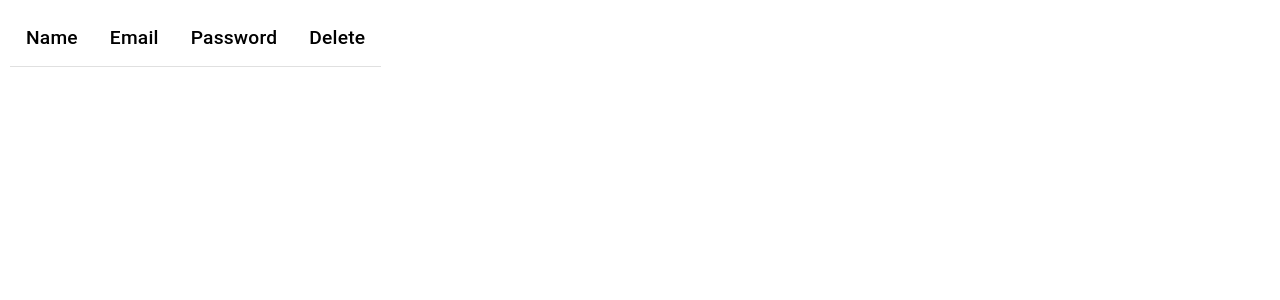
Repository: lalji-yadav/Register-Login-and-CRUD-using-token-and-Without-token-based
Page: /table
These files come from the project's save history. The page is drawn as it stood at one moment and after the next save; the edit follows.
The browser window is 1280 px wide. The pictures show the whole page.
The page's requests for data from a server got no answer. The project was rebuilt for these pictures with package versions that can differ from the ones it lists, and the page was loaded fresh each time. No one was signed in, and anything a server would have sent is missing. Also part of the build but not shown: src/App.css, src/auth/login.js, src/auth/register.js, src/components/reg.js.

Above is the page before, as saved 2021-02-02 20:56:35.

### src/App.js
import './App.css';
import Login from "./auth/login";
import Register from "./auth/register";
import Reg from "./components/reg";
import Table from "./components/table";
import {
  BrowserRouter as Router,
  Switch,
  Route
} from "react-router-dom";

function App() {
  return (
    <div>
      <Router>
        <Switch>
           <Route exact path="/" component={Register} />
           <Route exact path="/loginss" component={Login} />
           <Route exact path="/reg" component={Reg} />
           <Route exact path="/table" component={Table} />
        </Switch>
      </Router>
       {/* <Register /> */}
       {/* <Login /> */}
       {/* <Reg /> */}
    </div>
  );
}

export default App;

### src/components/table.js
import React,{useState, useEffect} from 'react';
import { Table,TableHead,TableRow,TableCell,TableBody,Button } from "@material-ui/core";
import axios from "axios";


const Tables = () => {
    const [data, setData] = useState([]);

    useEffect(() => {
        axios.get('http://localhost:3000/user').then((res) => {
             console.log(res)
            setData(res.data);
           // console.log(res.data);
        }).catch((error) => {
            console.log(error);
        });
    }, []);

    return (
        <div style={{padding:'10px'}}>
             <Table aria-label="simple table">
                    <div className="scroll-tab">

                    <TableHead>
                        <TableRow>
                            <TableCell style={{ fontSize: "1.5vw", color: "black" }}
                             align="center">Name</TableCell>
                            <TableCell style={{ fontSize: "1.5vw", color: "black" }}
                            align="center">Email</TableCell>
                            <TableCell style={{ fontSize: "1.5vw", color: "black" }}
                            align="center">Password</TableCell>
                            <TableCell style={{ fontSize: "1.5vw", color: "black" }}
                            align="center">Delete</TableCell>
                        </TableRow>
                    </TableHead>

                    <TableBody>
                        {data.map((item, row) => (
                            <TableRow key={row.id}>
                                <TableCell style={{ fontSize: "1.3vw" }} align='center'>
                                    {item.name}
                                </TableCell>

                                <TableCell style={{ fontSize: "1.3vw" }} align="center">{item.email}
                                </TableCell>

                                <TableCell style={{ fontSize: "1.3vw" }} align="center">{item.mobile}
                                </TableCell>

                                {/* <TableCell style={{ fontSize: "1.3vw" }} align="center">
                                    {item.completed ? "True" : "False"}
                                </TableCell> */}

                                <TableCell style={{ fontSize: "1.3vw" }} align="center">
                                    <Button style={{ fontSize: "1vw" }}
                                    variant="contained"
                                     color="secondary">Delete</Button>
                                </TableCell>
                            </TableRow>
                        ))}
                    </TableBody>

                    </div>
                </Table>
        </div>
    );
};

export default Tables;

Loaded but not shown: public/index.html (common file); src/index.js (common file); src/index.css (common file); src/reportWebVitals.js (common file)

After the next save:
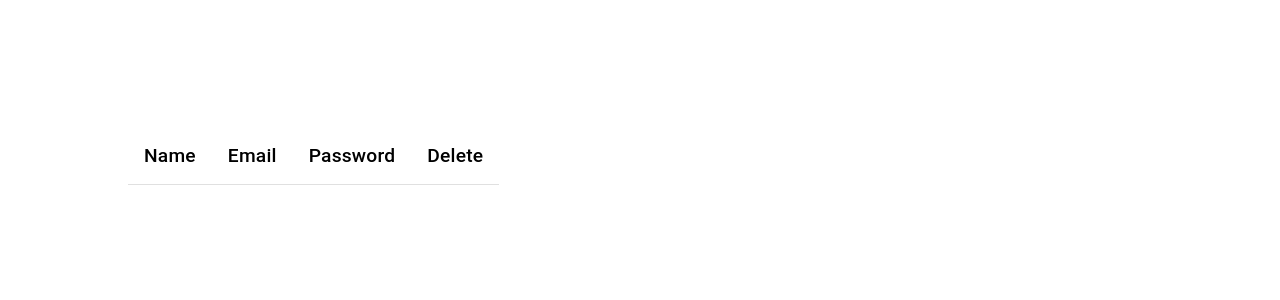
Saved 90 s later.
--- a/src/components/table.js
+++ b/src/components/table.js
@@ -17,7 +17,7 @@ const Tables = () => {
     }, []);
 
     return (
-        <div style={{padding:'10px'}}>
+        <div style={{padding:'10%'}}>
              <Table aria-label="simple table">
                     <div className="scroll-tab">
 
